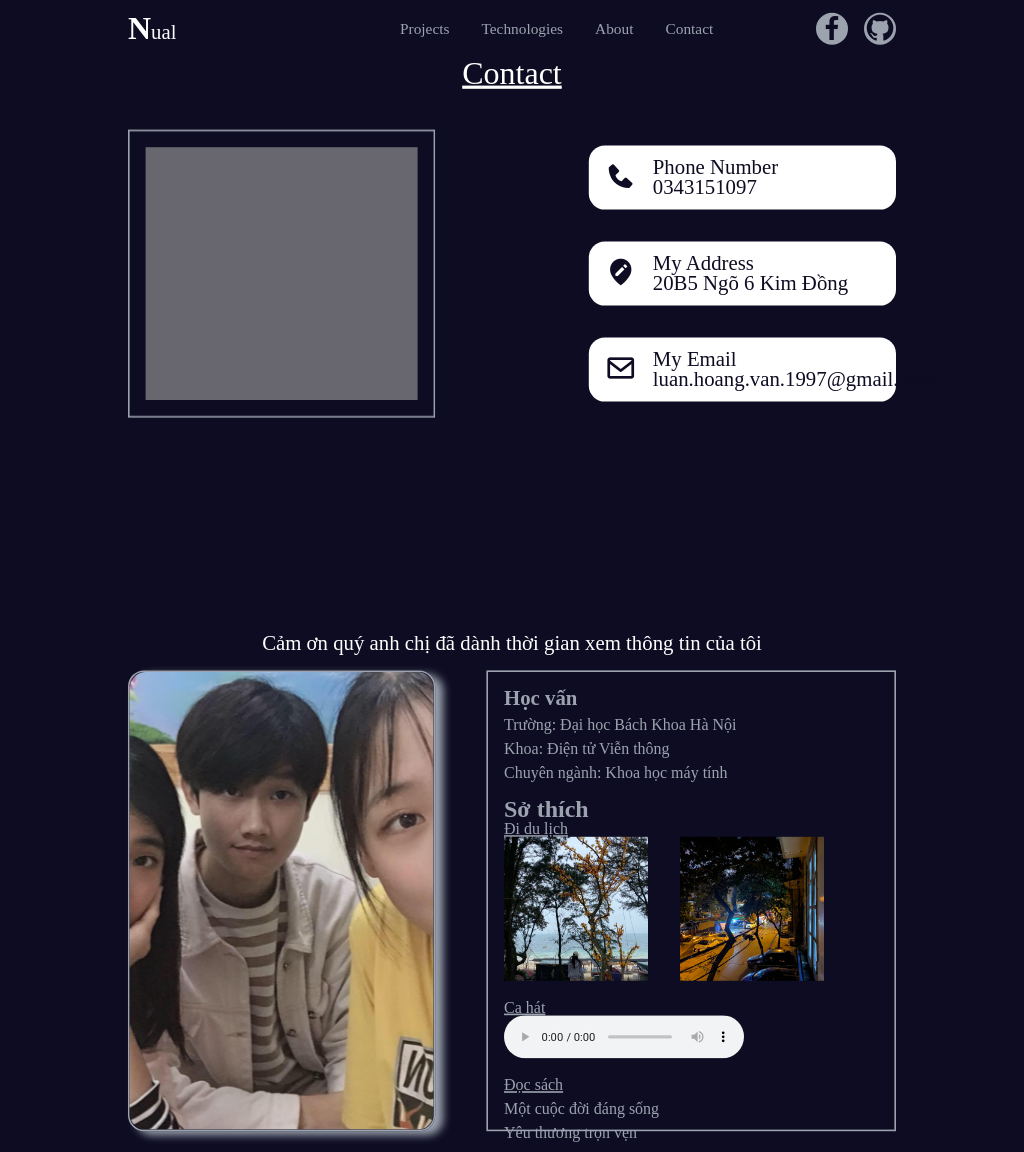
Repository: luanhoang0902/profile-react
Page: /Contact
An editor plug-in stored every save of this project. The page is shown before and after the next save, followed by the edit.
The browser window is 1280 px wide. The pictures show the whole page, at 80% of full size.
Pictures or frames that could not be fetched are drawn as grey boxes. The project was rebuilt for these pictures with package versions that can differ from the ones it lists, and the page was loaded fresh each time. Also part of the build but not shown: src/components/Intro.jsx, src/css/Projects.css, src/features/Projects.jsx, src/css/Technologies.css, src/features/Technologies.jsx, src/css/About.css, src/features/About.jsx.

Above is the page before, as saved 2022-05-22 21:05:20.

### public/index.html
<!DOCTYPE html>
<html lang="en">
  <head>
    <meta charset="utf-8" />
    <link rel="icon" href="%PUBLIC_URL%/favicon.ico" />
    <meta name="viewport" content="width=device-width, initial-scale=1" />
    <meta name="theme-color" content="#000000" />
    <meta
      name="description"
      content="Web site created using create-react-app"
    />
    <link rel="apple-touch-icon" href="%PUBLIC_URL%/logo192.png" />
    <!--
      manifest.json provides metadata used when your web app is installed on a
      user's mobile device or desktop. See https://developers.google.com/web/fundamentals/web-app-manifest/
    -->
    <link rel="manifest" href="%PUBLIC_URL%/manifest.json" />
    <!--
      Notice the use of %PUBLIC_URL% in the tags above.
      It will be replaced with the URL of the `public` folder during the build.
      Only files inside the `public` folder can be referenced from the HTML.

      Unlike "/favicon.ico" or "favicon.ico", "%PUBLIC_URL%/favicon.ico" will
      work correctly both with client-side routing and a non-root public URL.
      Learn how to configure a non-root public URL by running `npm run build`.
    -->
    <link rel="stylesheet"
    href="https://cdn.jsdelivr.net/npm/boxicons@latest/css/boxicons.min.css">
    <!-- or -->
    <link rel="stylesheet"
    href="https://unpkg.com/boxicons@latest/css/boxicons.min.css">
    <title>React App</title>
  </head>
  <body>
    <noscript>You need to enable JavaScript to run this app.</noscript>
    <div id="root"></div>
    <!--
      This HTML file is a template.
      If you open it directly in the browser, you will see an empty page.

      You can add webfonts, meta tags, or analytics to this file.
      The build step will place the bundled scripts into the <body> tag.

      To begin the development, run `npm start` or `yarn start`.
      To create a production bundle, use `npm run build` or `yarn build`.
    -->
  </body>
</html>

### src/App.js
import './App.css';
import Intro from './components/Intro';
import Header from './components/Header'
import { Route, Routes } from 'react-router-dom';
import Projects from './features/Projects';
import Technologies from './features/Technologies';
import About from './features/About';
import Contact from './features/Contact';
import Home from './components/Home';

function App() {
  return (
    <div className="App" style = {{background: '#0d0c22', color: '#fff',overflow: 'hidden'}}>
      {/* <Intro/> */}
      <Header/>
      <Routes>
        <Route path = '/' element = {<Intro/>} exact />
        <Route path = '/Projects' element = {<Projects/>} exact />
        <Route path = '/Technologies' element = {<Technologies/>} exact />
        <Route path = '/About' element = {<About/>} exact />
        <Route path = '/Contact' element = {<Contact/>} exact />
      </Routes>
      <Home/>
    </div>
  );
}

export default App;

### src/App.css
/* http://meyerweb.com/eric/tools/css/reset/
   v2.0 | 20110126
   License: none (public domain)
*/
* {
	box-sizing: border-box;
}

html, body, div, span, applet, object, iframe,
h1, h2, h3, h4, h5, h6, p, blockquote, pre,
a, abbr, acronym, address, big, cite, code,
del, dfn, em, img, ins, kbd, q, s, samp,
small, strike, strong, sub, sup, tt, var,
b, u, i, center,
dl, dt, dd, ol, ul, li,
fieldset, form, label, legend,
table, caption, tbody, tfoot, thead, tr, th, td,
article, aside, canvas, details, embed,
figure, figcaption, footer, header, hgroup,
menu, nav, output, ruby, section, summary,
time, mark, audio, video {
	margin: 0;
	padding: 0;
	border: 0;
	font-size: 100%;
	font: inherit;
	vertical-align: baseline;
}
/* HTML5 display-role reset for older browsers */
article, aside, details, figcaption, figure,
footer, header, hgroup, menu, nav, section {
	display: block;
}
body {
	line-height: 1;
}
ul {
	list-style: none;
}
blockquote, q {
	quotes: none;
}
blockquote:before, blockquote:after,
q:before, q:after {
	content: '';
	content: none;
}
table {
	border-collapse: collapse;
	border-spacing: 0;
}

### src/components/Header.jsx
import React, { useEffect, useRef } from "react";
import PropTypes from "prop-types";

import "../css/Header.css";
import { Link } from "react-router-dom";

Header.propTypes = {};

function Header(props) {
  const varHeader = useRef();

  useEffect(() => {
    window.addEventListener("scroll", (event) => {
      let scrollY = window.scrollY;
      scrollY > 180
        ? varHeader.current.classList.add("abc")
        : varHeader.current.classList.remove("abc");
    });
  }, []);

  return (
    <div className="header" ref={varHeader}>
      <div className="header__content">
        <div className="header__one"><Link to="/" style = {{textDecoration: "none", color:'var(--white)'}}>Nual</Link></div>
        <div className="header__two">
          <div>
            <Link to="/Projects" style = {{textDecoration: "none", color: 'var(--gray)'}}>Projects</Link>
          </div>
          <div>
            <Link to="/Technologies" style = {{textDecoration: "none", color: 'var(--gray)'}}>Technologies</Link>
          </div>
          <div>
            <Link to="/About" style = {{textDecoration: "none", color: 'var(--gray)'}}>About</Link>
          </div>
          <div>
            <Link to="/Contact" style = {{textDecoration: "none", color: 'var(--gray)'}}>Contact</Link>
          </div>
        </div>
        <div className="header__three">
          <a href="https://www.facebook.com/profile.php?id=100029577947626">
            <i class="bx bxl-facebook"></i>
          </a>
          <a href = 'https://github.com/luanhoang0902 '>
            <i class="bx bxl-github"></i>
          </a>
        </div>
      </div>
    </div>
  );
}

export default Header;

### src/features/Contact.jsx
import React, { useEffect, useRef } from "react";
import PropTypes from "prop-types";

import "../css/Contact.css";

Contact.propTypes = {};

const contacts = [
  {
    name: "Phone Number",
    infomation: "0343151097",
    icon: "bxs-phone",
  },
  {
    name: "My Address",
    infomation: "20B5 Ngõ 6 Kim Đồng",
    icon: "bxs-edit-location",
  },
  {
    name: "My Email",
    infomation: "luan.hoang.van.1997@gmail.com",
    icon: "bx-envelope",
  },
];

function Contact(props) {
    const imgContact = useRef()
    const img = useRef()
    useEffect(()=>{
        setTimeout(()=>{
            imgContact.current.style.opacity = "1";
            img.current.style.border = "2px solid var(--gray)";
        },4000)
    },[])
  return (
    <div className="contact">
      <u>Contact</u>
      <div className="contact-content">
        <div className="contact-img" ref = {img}>
            <img src = './contact.jpg'
                ref = {imgContact}
            />
            <div className="contact-img__left"></div>
            <div className="contact-img__top"></div>
            <div className="contact-img__right"></div>
            <div className="contact-img__bottom"></div>
        </div>
        <div className="contact-infomation">
          {contacts.map((contact) => (
            <div className="contact-box">
              <div>
                <i className={`bx ${contact.icon}`} />
              </div>
              <div>
                <b>{contact.name}</b>
                <p>{contact.infomation}</p>
              </div>
            </div>
          ))}
        </div>
      </div>
    </div>
  );
}

export default Contact;

### src/components/Home.jsx
import React from "react";
import PropTypes from "prop-types";

import "../css/Home.css";

Home.propTypes = {};

function Home(props) {
  return (
    <div className="home">
      <span style={{ fontSize: 26 }}>
        Cảm ơn quý anh chị đã dành thời gian xem thông tin của tôi
      </span>
      <div className="home-content">
        <div className="home-content__avatar">
        <div className="home-image">
          <div className="home-image__img">
            <img src="./avatar.jpg" />
          </div>
          <div className="home-image__infomation">
              <p>Hoàng Văn Luân</p>
              <p>12/03/1998</p>
              <p>Front End Developer</p>
              <div className="home-image__infomation-button">Download</div>
          </div>
        </div>
        </div>

        <div className="home-infomation">
          <div className="home-infomation__Education">
            <span>Học vấn</span>
            <p>Trường: Đại học Bách Khoa Hà Nội</p>
            <p>Khoa: Điện tử Viễn thông</p>
            <p>Chuyên ngành: Khoa học máy tính</p>
          </div>
          <div className="home-infomation__favorite">
            <span style={{ fontSize: 30 }}>Sở thích</span>
            <div>
              <u>Đi du lịch</u>
              <br />
              <img src="./coto.png" />
              <img src="./hanoi.png" />
            </div>
            <div>
              <u>Ca hát</u>
              <br />
              <audio src="./autotool.m4a" controls></audio>
            </div>
            <div>
              <u>Đọc sách</u>
              <p>Một cuộc đời đáng sống</p>
              <p>Yêu thương trọn vẹn</p>
            </div>
          </div>
          <div className="home-infomation__dream"></div>
        </div>
      </div>
    </div>
  );
}

export default Home;

### src/css/Intro.css
@import url(./variable.css);

.intro {
    position: fixed;

    height: 100vh;
    width: 100vw;
    background-color: var(--black);

    color: var(--white);
    text-align: center;
    line-height: 100vh;

    font-size: 60px;
    font-weight: 600;
    transition: all 2s ease-out;
    z-index: 100;
}
.up {
    transform: translateY(-100%);
    opacity: 0;
}
.intro  span {
    display: inline-block;
}
.text-1 {
    display: inline-block;

    height: 50px;
    width: 50px;
    background-color: white;

    border: 5px solid var(--white);
    border-radius: 50%;

    animation: up 2s  infinite linear;
}
.text-2 {
    animation: up 2s  infinite linear 0.25s;
}
.text-3 {
    animation: up 2s  infinite linear 0.5s;
}
.text-4 {
    animation: up 2s  infinite linear 0.75s;
}
.text-1 div {
    height: 30px;
    width: 30px;
    background-color: white;

    border: 10px solid var(--black);
    border-right: transparent solid 10px;
    border-radius: 50%;

    animation: xoay 5s  infinite linear;
}
/* .in {
    height: 20px;
    width: 20px;
    background-color: white;

    border-right: 10px solid var(--black);
    border-radius: 50%;
} */

@keyframes xoay {
    from {
        transform: rotate(0);
    }
    to{
        transform: rotate(360deg);
    }
}

@keyframes up {
    0% {
        transform: translateY(0px);
    }
    50% {
        transform: translateY(-20px);
    }
    100% {
        transform: translateY(0px);
    }
}

@keyframes non1 {
    to{
        transform: translateY(-100%);
    }
}

### src/css/Header.css
@import url(./variable.css);

.header {
    position: fixed;

    height: 10vh;
    width: 100vw;

}
.abc {
    background-color: var(--black)
}
.header__content {
    display: flex;

    height: 100%;
    width: 75vw;

    margin: 0 auto;
}
.header__content div {
    height: 100%;
    width: 25vw;

    line-height: 10vh;
}
.header__one {
    font-size: 26px;
}
.header__one::first-letter {
    font-size: 40px;
    font-weight: 600;
}
.header__two {
    display: flex;
}
.header__two div {
    color: var(--gray);
    font-size: 1.2rem;

    transition: all 0.5s ease;
    margin: 0 20px;
}
.header__two div:hover {
    color: var(--white);
    transform: scale(1.2);
    cursor: pointer;
}
.header__three div:hover {
    background-color: var(--white);
    transform: scale(1.2);
    cursor: pointer;
}
.header__three {
    display: flex;
    align-items: center;
    justify-content: flex-end;
}
.header__three a {
    height: 40px;
    width: 40px;
    background-color: var(--gray);

    border-radius: 50%;
    margin-left: 20px ;

    color: var(--black);
    font-size: 40px;
    text-align: center;
    line-height:40px;

}

### src/css/Contact.css
.contact {

    height: 100vh;
    width: 75vw;


    margin: 0 auto;
    padding-top: 10vh;

    text-align: center;

    font-size: 26px;
}
.contact u {
    font-size: 40px;
}
.contact-content {
    display: flex;
    margin-top: 50px;
    justify-content: space-between;
}
.contact-img {
    position: relative;
    height: 50vh;
    width: 30vw;
    padding: 20px;

}
.contact-img img {
    height: 100%;
    width: 100%;
    object-fit: cover;

    opacity: 0;

    transition: opacity 4s ease-out;
}
.contact-img__left {
    position: absolute;
    bottom: 0;
    left: 0;
    height:0;
    width: 5px;
    background-color:var(--gray);

    animation: avtHeight 1s 1 linear;
}
.contact-img__top {
    position: absolute;
    top: 0;
    left: 0;
    height: 5px;
    width: 0;
    background-color:var(--gray);

    animation: avtWigth 1s 1 linear 1s;
}
.contact-img__right {
    position: absolute;
    top: 0;
    right: 0;
    height: 0;
    width: 5px;
    background-color:var(--gray);

    animation: avtHeight 1s 1 linear 2s;
}
.contact-img__bottom{
    position: absolute;
    bottom: 0;
    right: 0;
    height: 5px;
    width: 0;
    background-color:var(--gray);

    animation: avtWigth 1s 1 linear 3s;
}
.contact-infomation {
    display: flex;
    flex-direction: column;
    justify-content: space-around;
}
.contact-box {
    display: flex;
    align-items: center;
    height: 80px;
    width:30vw;

    background-color: var(--white);

    color: var(--black);
    text-align: left;
    padding: 20px;

    border-radius: 20px;
}
.contact-box i{
    padding-right: 20px;
    font-size: 40px;
}

@keyframes avtWigth {
    to {
        width: 100%;
    }
}
@keyframes avtHeight {
    to {
        height: 100%;
    }
}

### src/css/Home.css
.home {
    height: 100vh;
    width: 75vw;


    margin: 0 auto;
    padding-top: 10vh;
    text-align: center;
}
.home-content {
    display: flex;
    justify-content: space-between;

    margin-top: 20px;
}
.home-content__avatar {
    height: 80vh;
    width: 30vw;

    background-color: transparent;
    border-radius: 20px;
    border: 2px solid var(--gray);
    box-shadow: 10px 5px 10px var(--gray);

}
.home-image{
    position: relative;
    height: 100%;
    width: 100%;

    transition: transform 2s;
    transform-style: preserve-3d;

}
.home-image__img img {
    height: 100%;
    width: 100%;

    border-radius: 20px;
    object-fit: cover;
}
.home-image__img, .home-image__infomation {
    position: absolute;
    width: 100%;
    height: 100%;
    -webkit-backface-visibility: hidden;
    backface-visibility: hidden;
    border-radius: 20px;
}
.home-image__infomation{
    transform: rotateY(180deg);
    padding: 20px;
}
.home-image__infomation p {
    padding-bottom: 20px;
}
.home-image__infomation-button {
    height: 40px;
    width: 200px;

    margin: 0 auto;

    background-color: var(--gray);
    color: var(--wihte);
    border-radius: 20px;

    line-height: 40px;
}
.home-content__avatar:hover .home-image{
    transform: rotateY(180deg);
    cursor: pointer;
}
.home-infomation {
    height: 80vh;
    width: 40vw;

    border: 2px solid var(--gray);

    color: var(--gray);
    font-size: 20px;
    text-align: left;
    padding: 20px;

}

.home-infomation span {
    font-size: 26px;
    font-weight: 600;
}
.home-infomation p {
    padding-top: 10px;
}
.home-infomation b {
    font-weight: 700px;
}
.home-infomation div {
    margin-bottom: 20px;
}
.home-infomation__favorite img {
    height:180px;
    width:180px;

    object-fit: cover;
    margin-right: 40px;
}

### src/css/variable.css
:root {
    --black: #0d0c22;
    --white: white;
    --gray: #9ca3af;
}

Loaded but not shown: src/index.js (common file)

After the next save:
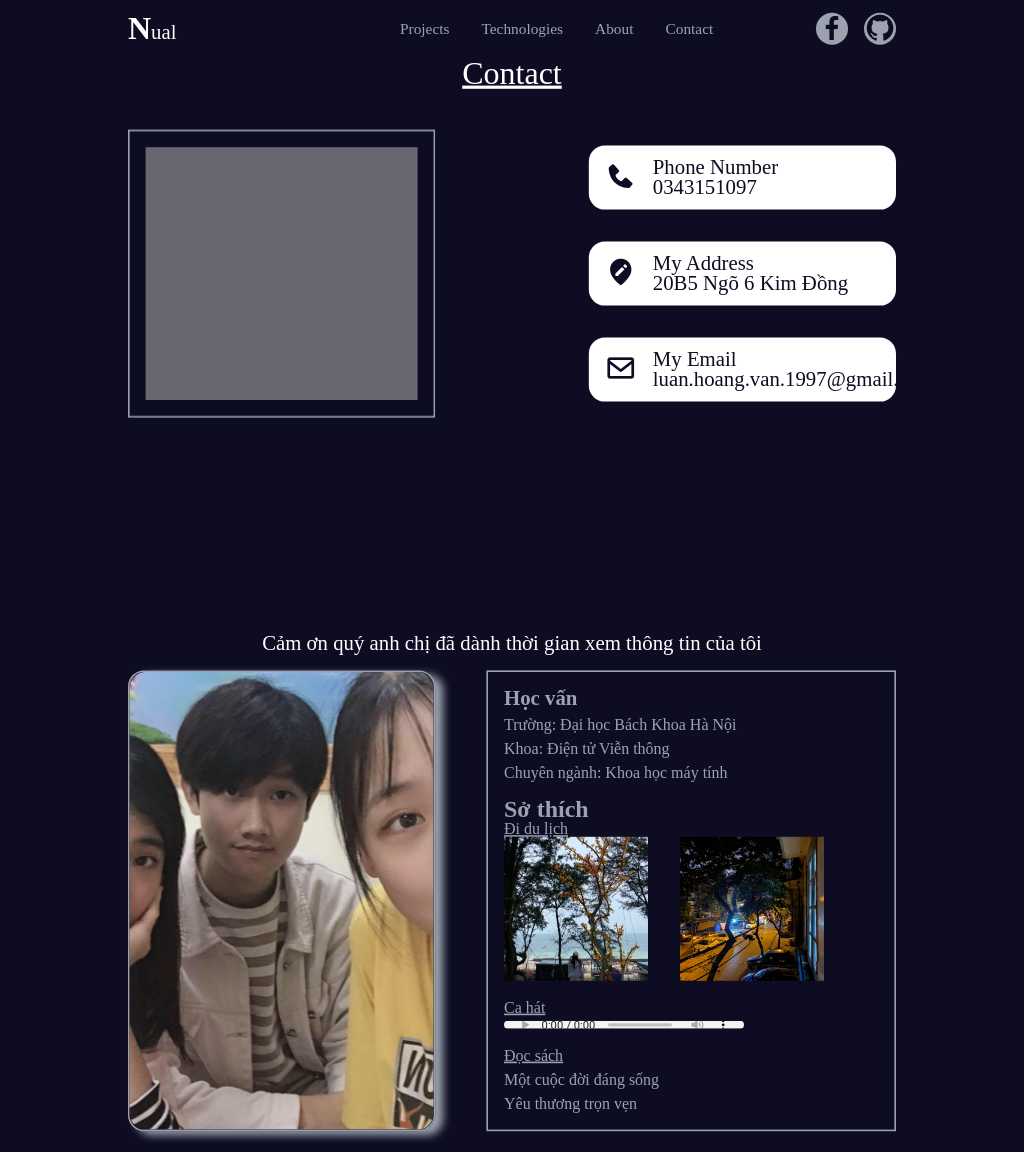
Saved 26 s later.
--- a/src/components/Home.jsx
+++ b/src/components/Home.jsx
@@ -44,7 +44,7 @@
             <div>
               <u>Ca hát</u>
               <br />
-              <audio src="./autotool.m4a" controls></audio>
+              <audio src="./autotool.m4a" controls style={{height: 10}}></audio>
             </div>
             <div>
               <u>Đọc sách</u>
